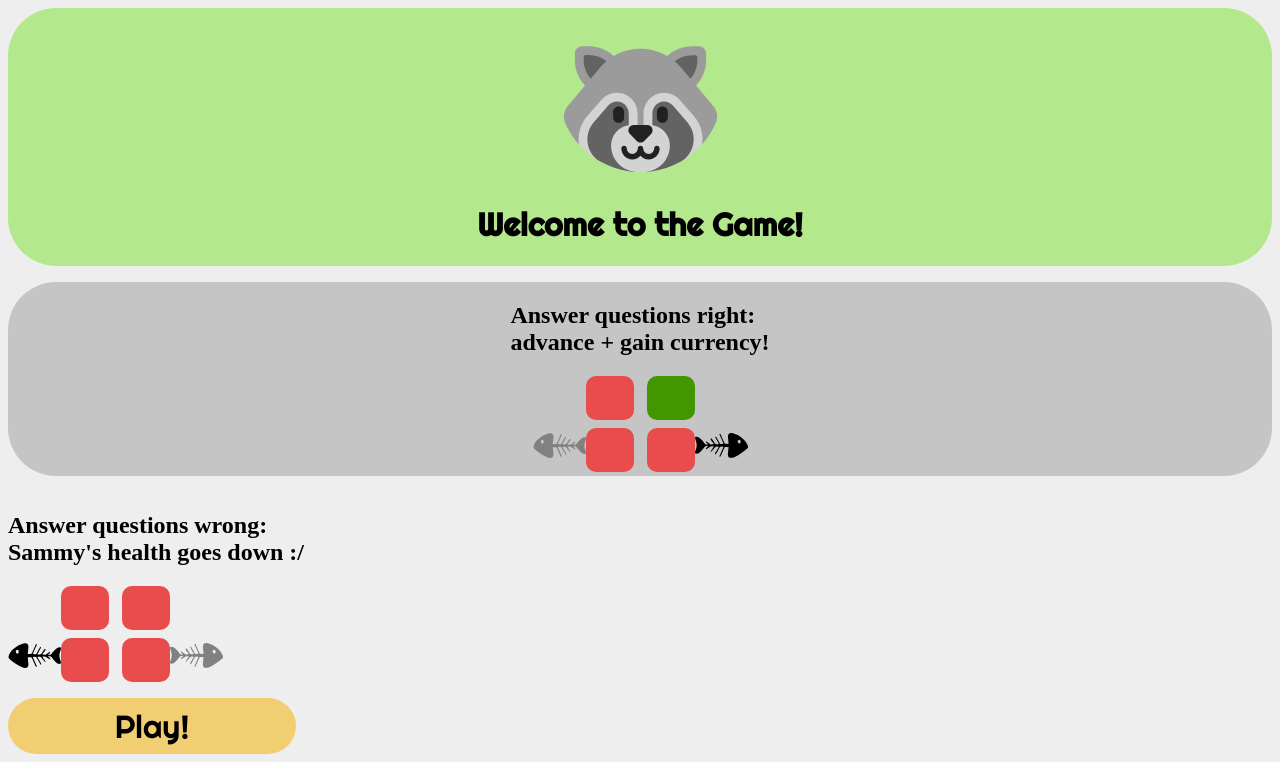
Repository: alemunden/Trash-Scavengers
Page: /QuizTutorial
The author's editor kept a copy of each file at every save. The page is drawn from the files as they stood at one save, then again after the next save.
The browser window is 1280 px wide. The pictures show the whole page.
The project was rebuilt for these pictures with package versions that can differ from the ones it lists, and the page was loaded fresh each time. The framework's server and built-in components were replaced by stand-ins that run in the browser. Also part of the build but not shown: next.config.mjs.

Above is the page before, as saved 2024-04-08 11:33:52.

After the next save:
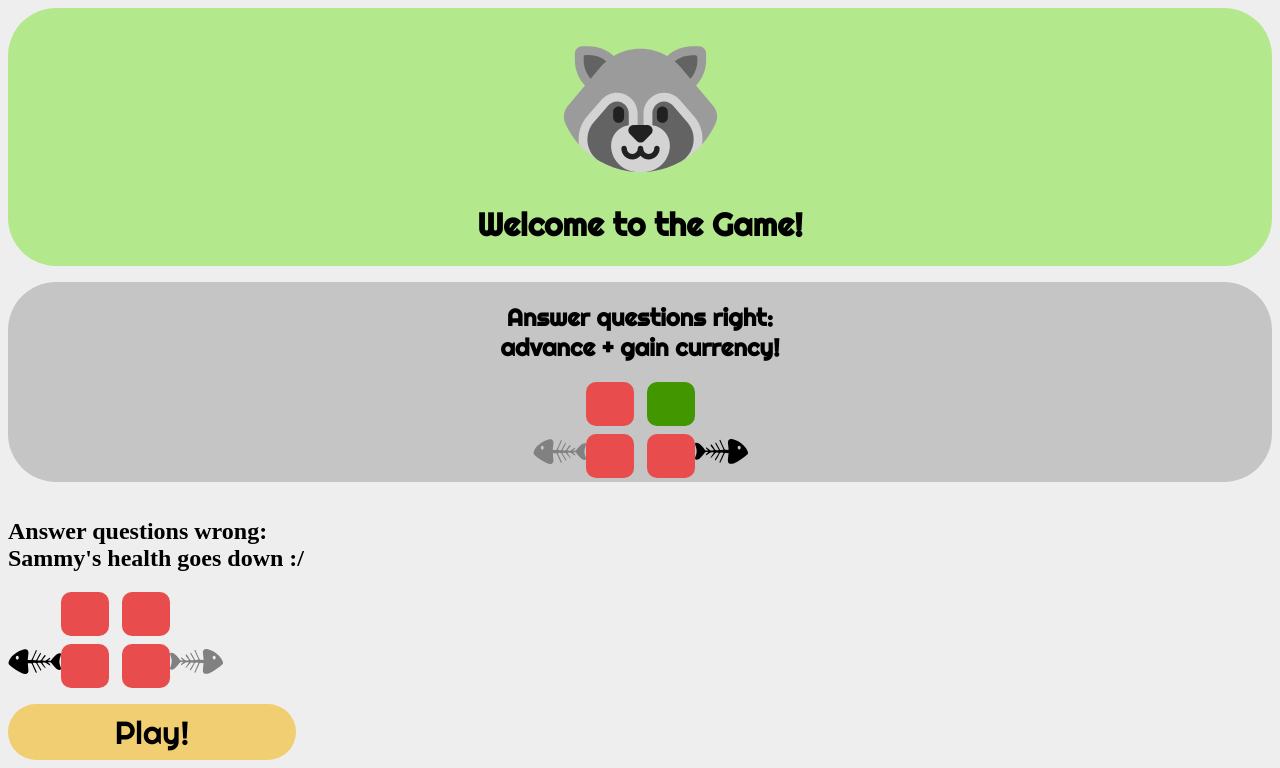
Saved 14 s later.
--- a/styles/QuizTutorial.module.css
+++ b/styles/QuizTutorial.module.css
@@ -25,3 +25,9 @@
     align-items: center;
     border-radius: 3rem;
 }
+
+.answerRightHeader {
+    color: var(--black);
+    font-family: "Righteous", sans-serif;
+    text-align: center;
+}
